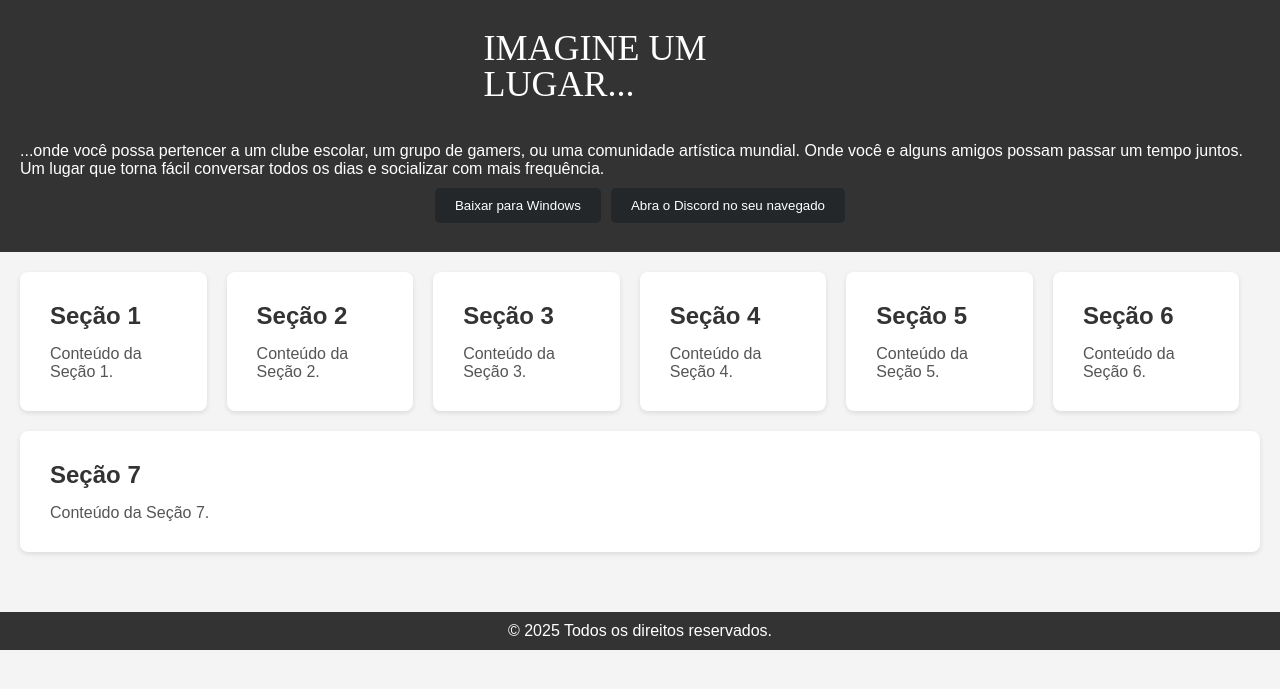
Repository: gustavotwist/projeto-discord
Page: index.html
The author's editor kept a copy of each file at every save. The page is drawn from the files as they stood at one save, then again after a run of saves.
The browser window is 1280 px wide. The pictures show the whole page.

Above is the page before, as saved 2025-03-10 10:14:00.

After the next 6 saves:
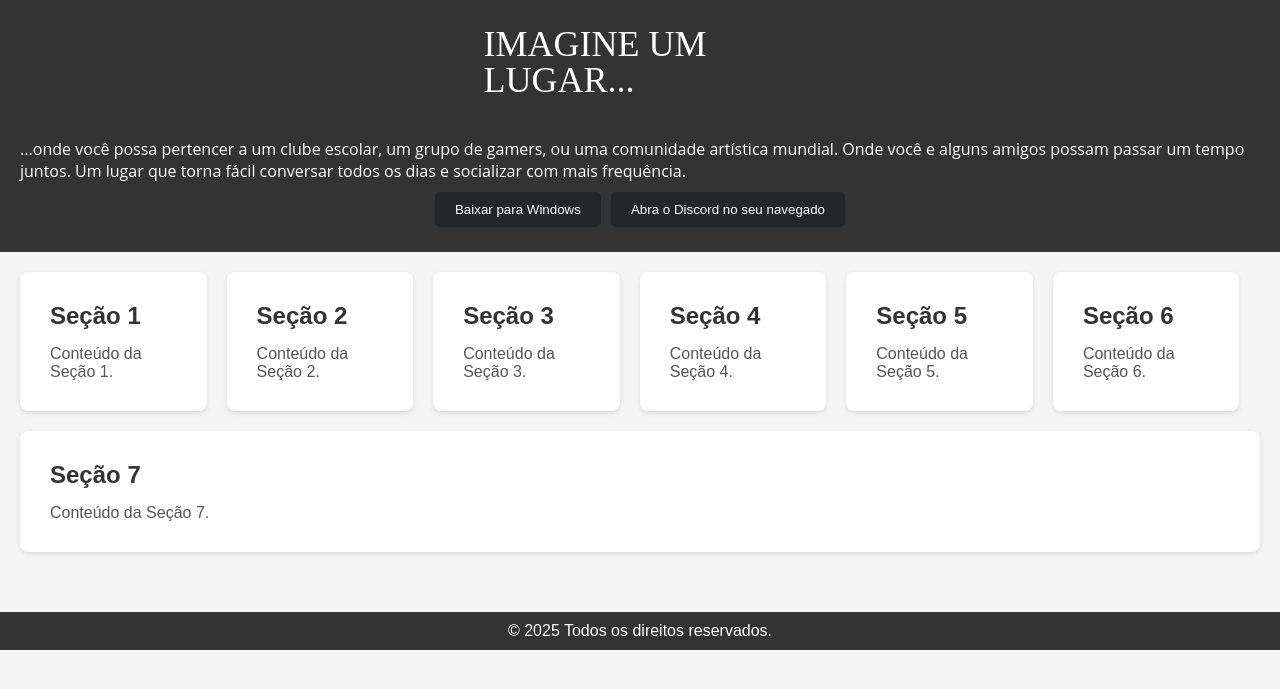
The 6 saves are shown as one change because they came seconds apart.
The last was saved 14 s later.
--- a/css/style.css
+++ b/css/style.css
@@ -35,7 +35,8 @@ header h1 {
 }
 
 header p {
-    font-family:;
+    font-family: Open Sans;
+
 }
 
 
